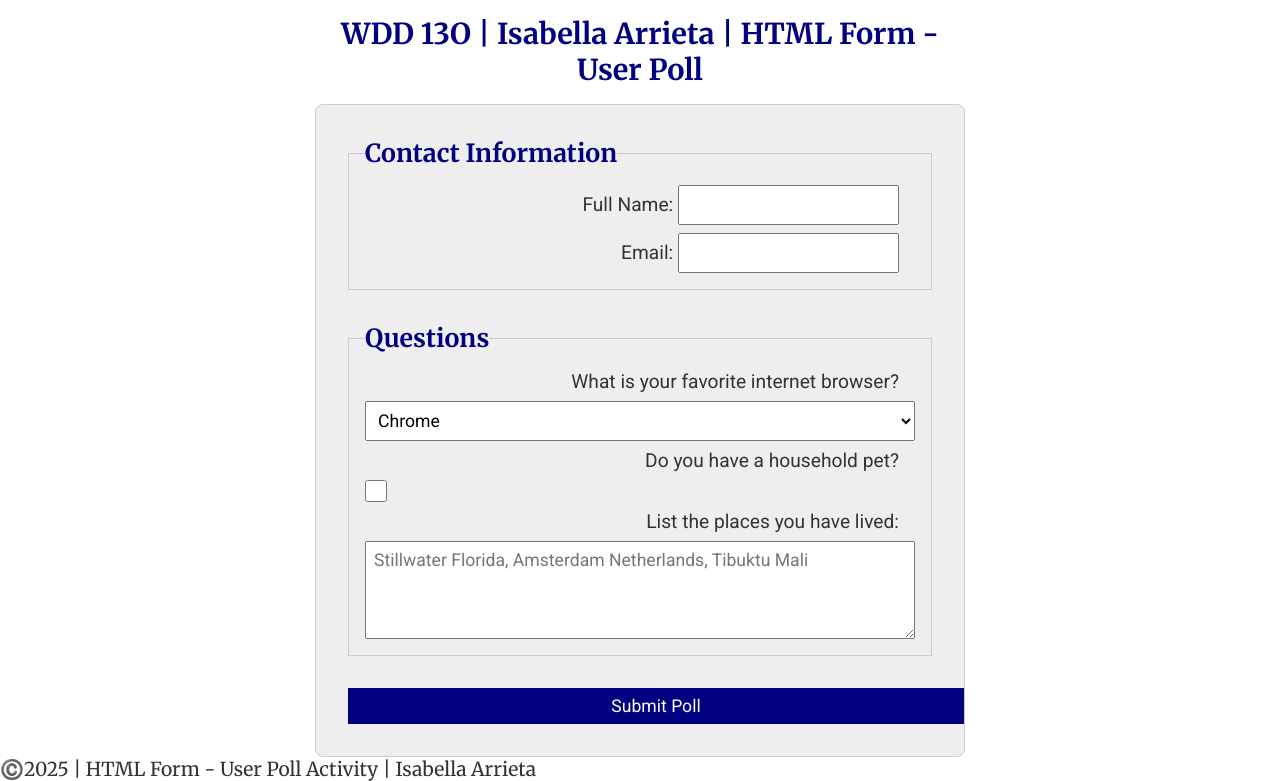
Repository: isaAJ05/wdd130
Page: week05/poll-form.html
An editor plug-in stored every save of this project. The page is shown before and after the next save, followed by the edit.
The browser window is 1280 px wide. The pictures show the whole page.

Above is the page before, as saved 2025-06-14 18:44:43.

### week05/poll-form.html
<!DOCTYPE html>
<html lang="en-us">
<head>
    <meta charset="UTF-8">
    <meta name="viewport" content="width=device-width, initial-scale=1.0">
    <title>WDD 130 | HTML Form - User Poll</title>
    <meta name="description" content="Poll form">
    <meta name="author" content="Isabella Arrieta">
    <link rel="stylesheet" href="styles/poll-form.css">
    <link rel="preconnect" href="https://fonts.googleapis.com">
    <link rel="preconnect" href="https://fonts.gstatic.com" crossorigin>
    <link href="https://fonts.googleapis.com/css2?family=Merriweather:wght@400;700&family=Roboto:wght@400;700&display=swap" rel="stylesheet">
</head>
<body>
    <header>
        <h1>WDD 13O | Isabella Arrieta | HTML Form - User Poll</h1>
    </header>
    <main>
        <form>
            <fieldset>
                <legend>Contact Information</legend>
                <label>Full Name: <input type="text" name="fullname"></label>
                <label>Email: <input type="email" id="useremail" name="useremail"></label>
            </fieldset>
            <fieldset>
                <legend>Questions</legend>
                <label for="browser">What is your favorite internet browser?</label>
                <select id="browser" name="browser">
                    <option value="chrome">Chrome</option>
                    <option value="firefox">Firefox</option>
                    <option value="safari">Safari</option>
                    <option value="edge">Edge</option>
                    <option value="brave">Brave</option>
                    <option value="other">Other</option>
                </select>
                <label for="pet">Do you have a household pet?</label>
                <input type="checkbox" id="pet" name="pet">
                <label for="feedback">List the places you have lived:</label>
                <textarea id="feedback" name="feedback" rows="4" placeholder="Stillwater Florida, Amsterdam Netherlands, Tibuktu Mali"></textarea>
            </fieldset>
            <button type="submit">Submit Poll</button>
        </form>
    </main>
    <footer>
        <p>©️2025 | HTML Form - User Poll Activity | Isabella Arrieta</p>

    </footer>
</body>
</html>

### week05/styles/poll-form.css
* {
    margin: 0;
    padding: 0;
    box-sizing: border-box;
}
body {
    font-family: Merriweather, Georgia, serif;
    font-size: 1.2em;
    color: #333;
    background: #fff;
}
header{
    margin: 0 auto;
    width: 650px;
}
h1{
    margin: 1rem;
    font-size: 1.5em;
    color: navy;
    text-align: center;
}
form {
    margin: 0 auto;
    width: 650px;
    padding: 1rem;
    border: 1px solid #ccc;
    border-radius: 0.5rem;
    background-color: #eee;
    display: grid;
}
fieldset {
    display: grid;
    grid-gap: .5rem;
    margin: 1rem;
    border: 1px solid #ccc;
    padding: 1rem;
}
legend {
    font-weight: bold;
    color: navy;
    font-size: 1.3em;
}
label, input, button, select, textarea {
    font-family: Roboto, Arial, sans-serif;
}
label {
    text-align: right;
    padding-right: 1rem;
}
input, select, textarea {
    padding: 0.5rem;
    font-size: 1.1rem;
}
input[type="checkbox"] {
    width: 22px;
    height: 22px;
    vertical-align: bottom;;
}
button{
    margin: 1rem;
    width: 100%;
    padding: 0.5rem;
    font-size: 1.1rem;
    background-color: navy;
    color: white;
    border: none;
}

After the next save:
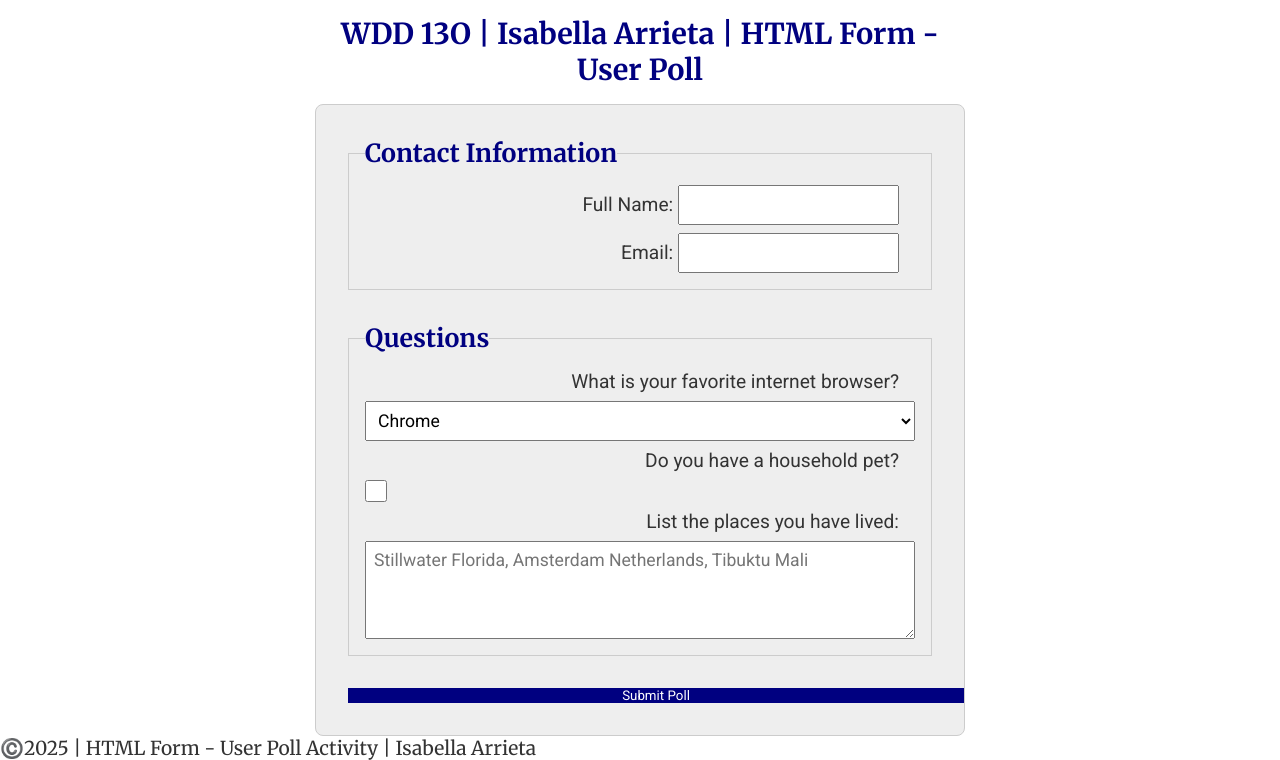
Saved 4 s later.
--- a/week05/styles/poll-form.css
+++ b/week05/styles/poll-form.css
@@ -59,8 +59,6 @@ input[type="checkbox"] {
 button{
     margin: 1rem;
     width: 100%;
-    padding: 0.5rem;
-    font-size: 1.1rem;
     background-color: navy;
     color: white;
     border: none;

After the save that followed:
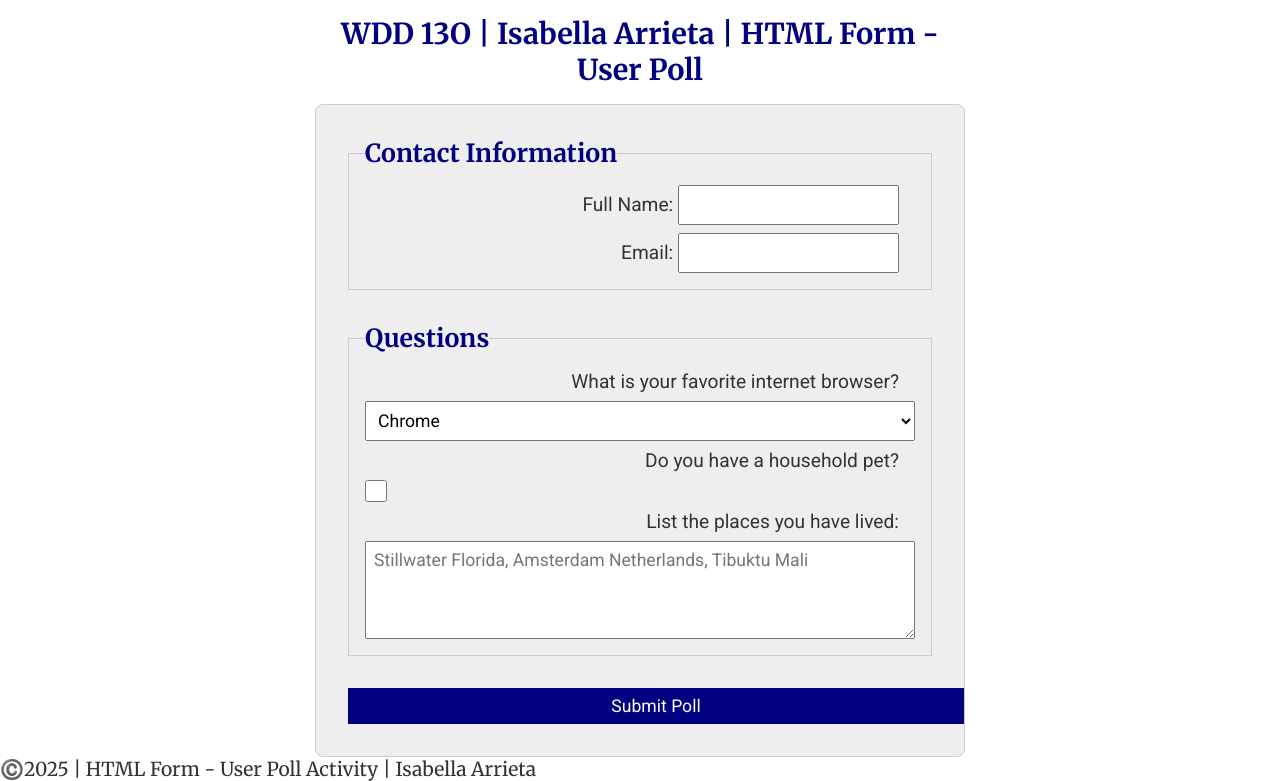
Saved 8 s later.
--- a/week05/styles/poll-form.css
+++ b/week05/styles/poll-form.css
@@ -59,6 +59,8 @@ input[type="checkbox"] {
 button{
     margin: 1rem;
     width: 100%;
+    padding: 0.5rem;
+    font-size: 1.1rem;
     background-color: navy;
     color: white;
     border: none;
